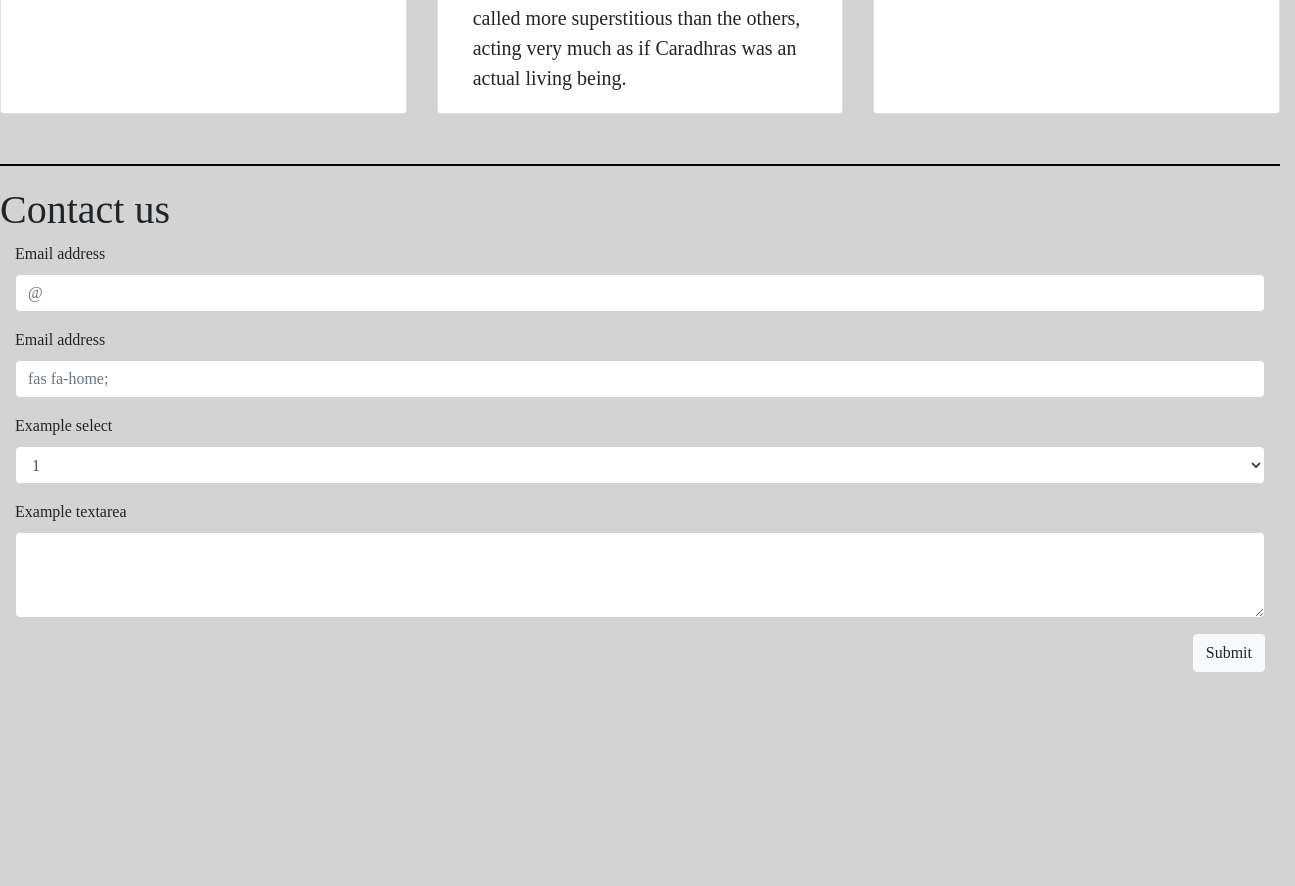
Repository: Khaleddwm/FindThePrecious
Page: index.html
These files come from the project's save history. The page is drawn as it stood at one moment and after the next save; the edit follows.
The browser window is 1280 px wide. The page is 1295 px wide, so the pictures cover 1295 px, including what lies to the right of the window. The pictures show the part of the page from y = 1746 to 2670 px (the page is 2632 px tall before and 2670 px after).
Some web fonts or font styles are not loaded; a fallback is used.

Above is the page before, as saved 2020-05-24 22:12:14.

### index.html
<!DOCTYPE html>
<html lang="en">
<head>
    <meta charset="UTF-8">
    <meta name="viewport" content="width=device-width, initial-scale=1.0">
    <title>FindThePrecious</title>
    <link href="https://fonts.googleapis.com/css2?family=Bad+Script&display=swap" rel="stylesheet">
    <!-- CSS only -->
    <link rel="stylesheet" href="https://stackpath.bootstrapcdn.com/bootstrap/4.5.0/css/bootstrap.min.css" integrity="sha384-9aIt2nRpC12Uk9gS9baDl411NQApFmC26EwAOH8WgZl5MYYxFfc+NcPb1dKGj7Sk" crossorigin="anonymous">
    <link rel="stylesheet" href="style.css">
    <!-- JS, Popper.js, and jQuery -->
    <script src="https://code.jquery.com/jquery-3.5.1.slim.min.js" integrity="sha384-DfXdz2htPH0lsSSs5nCTpuj/zy4C+OGpamoFVy38MVBnE+IbbVYUew+OrCXaRkfj" crossorigin="anonymous"></script>
    <script src="https://cdn.jsdelivr.net/npm/popper.js@1.16.0/dist/umd/popper.min.js" integrity="sha384-Q6E9RHvbIyZFJoft+2mJbHaEWldlvI9IOYy5n3zV9zzTtmI3UksdQRVvoxMfooAo" crossorigin="anonymous"></script>
    <script src="https://stackpath.bootstrapcdn.com/bootstrap/4.5.0/js/bootstrap.min.js" integrity="sha384-OgVRvuATP1z7JjHLkuOU7Xw704+h835Lr+6QL9UvYjZE3Ipu6Tp75j7Bh/kR0JKI" crossorigin="anonymous"></script>
</head>
<body>
    <nav class="navbar navbar-expand-sm navbar-dark bg-dark">
        <a href"index.html" class="titleNav navbar-brand">FindThePrecious.com</a>
        <button class="navbar-toggler" data-toggle="collapse" data-target="#navbarMenu">
            <span class="navbar-toggler-icon"></span>
        </button>
        <div class="collapse navbar-collapse" id="navbarMenu">
            <ul class="navbar-nav">
                <li class="nav-item">
                    <a href="#" class="nav-link">Fellows</a>
                </li>
                <li>
                    <a href="#" class="nav-link">Contact us</a>
                </li>
            </ul>
        </div>
    </nav>
    <div id="carouselControls" class="carousel slide" data-ride="carousel">
        <div class="carousel-inner">
            <div class="carousel-caption d-none d-block">
                <h1>Dangerous fellowship try to destroy the ring</h1>
                <p>Orcs, Goblins, Balrogs, protect your master Sauron !</p>
            </div>
            <div class="carousel-item active">
                <img class="d-block w-100" src="https://img.phonandroid.com/2018/04/seigneur-des-anneaux.jpg" alt="First slide">
            </div>
            <div class="carousel-item">
                <img class="d-block w-100" src="https://www.journaldugeek.com/content/uploads/2019/07/lord-of-the-rings-gollum-new-lotr-stealth-game-coming-2021-from-daedalic-entertainment-767717.jpg" alt="Second slide">
            </div>
            <div class="carousel-item">
                <img class="d-block w-100" src="https://vignette.wikia.nocookie.net/lotr/images/1/15/Gothmog_the_lord_of_balrogs_by_atohas-d8hf6ru.jpg/revision/latest?cb=20180410213854" alt="Third slide">
            </div>
        </div>
        <a class="carousel-control-prev" href="#carouselControls" role="button" data-slide="prev">
            <span class="carousel-control-prev-icon" aria-hidden="true"></span>
            <span class="sr-only">Previous</span>
        </a>
        <a class="carousel-control-next" href="#carouselControls" role="button" data-slide="next">
            <span class="carousel-control-next-icon" aria-hidden="true"></span>
            <span class="sr-only">Next</span>
        </a>
    </div>
    <div class="wanted">
        <div class="wanted-title">
            <h1>Fellows wanted dead (or alive if you want to eat them later)</h1>
        </div>
        <div class="card-deck">
            <div class="card col-xs-12 col-md-4">
                <img src="https://kr4v3n.github.io/Sauron/img/gandalf.png" class="card-img-top" alt="Gandalf">
                <div class="living card-img-overlay">
                    <h2>Reward 1000 gold coins</h2>
                </div>
                <div class="card-body">
                    <h2 class="card-title">Gandalf</h2>
                    <p class="card-text">
                        Gandalf was shorter in stature than the other two; but his long white hair,
                        his sweeping silver beard, and his broad shoulders, made him look like some wise king of ancient legend.
                        In his aged face under great snowy brows his eyes were set like coals that could suddenly burst into fire.
                    </p>
                </div>
            </div>
            <div class="card col-xs-12 col-md-4">
                <img src="https://kr4v3n.github.io/Sauron/img/gimli.png" class="card-img-top" alt="Gimli">
                <div class="dead card-img-overlay">
                    <h2>DEAD</h2>
                </div>
                <div class="card-body">
                    <h2 class="card-title">Gimli</h2>
                    <p class="card-text">
                        Gimli throughout the War showed perhaps the greatest open contempt for Sauron and his minions, save possibly Boromir.
                        He was a grim character, for the most part, laughing only occasionally and, though in a few rare situations inspiring amusement,
                        never joking. Due to his comments especially during the initial stage of the journey, he may be called more superstitious than the others,
                        acting very much as if Caradhras was an actual living being.
                    </p>
                </div>
            </div>
            <div class="card col-xs-12 col-md-4">
                <img src="https://kr4v3n.github.io/Sauron/img/aragorn.png" class="card-img-top" alt="Aragorn">
                <div class="living card-img-overlay">
                    <h2>Reward 250 gold coins</h2>
                </div>
                <div class="card-body">
                    <h2 class="card-title">Aragorn</h2>
                    <p class="card-text">
                        An artist's conception of Aragorn at The Prancing Pony Tolkien gives
                        a brief but detailed description of him in The Lord of the Rings: lean, dark, tall, with
                        "a shaggy head of dark hair flecked with grey, and in a pale stern face a pair of keen grey eyes."
                    </p>
                </div>
            </div>
        </div>
    </div>
    <div class="form">
        <h1>Contact us</h1>
        <form class="container-fluid">
            <div class="form-group">
                <label for="email">Email address</label>
                <input type="email" class="form-control" id="email" placeholder="@">
            </div>
            <div class="form-group">
                <label for="email">Email address</label>
                <input type="email" class="form-control" id="email" placeholder="fas fa-home;">
            </div>
            <div class="form-group">
                <label for="select">Example select</label>
                <select class="form-control" id="select">
                    <option>1</option>
                    <option>2</option>
                    <option>3</option>
                    <option>4</option>
                    <option>5</option>
                </select>
            </div>
            <div class="form-group">
                <label for="textarea">Example textarea</label>
                <textarea class="form-control" id="textarea" rows="3"></textarea>
            </div>
            <div class="form-group">
                <input type="submit" class="btn btn-light" id="submit" value="Submit">
            </div>
        </form>
    </div>
</body>
</html>

### style.css
body {
    font-family: 'Bad Script', cursive;
    background-color: lightgrey;
    margin-bottom: 100px;
}

#navbarMenu, .titleNav {
    font-size: 30px;
}

.navbar {
    overflow: hidden;
    position: fixed; /* Set the navbar to fixed position */
    top: 0; /* Position the navbar at the top of the page */
    width: 100%; /* Full width */
    z-index: 1000;
}

/* Change background on mouse-over */
#navbarMenu a:hover {
    background: lightgray;
    color: black;
}

#carouselControls {
    margin-top: 60px;
}

p {
    font-size: 20px;
}

img {
    width: auto;
    height: 600px;
}

.wanted-title {
    text-align: center;
    margin: 50px;
}
/* hover for living */
.living h2 {
    background-color: lightgray;
}

.living {
    opacity: 0;
}

.living:hover {
    opacity: 1;
    text-align: center;
}

/* hover for dead */
.dead {
    opacity: 0;
}

.dead:hover {
    opacity: 1;
    text-align: center;
    background-color: lightgray;
}

#submit {
    float: right;
}

.form {
    margin-top: 50px;
    border-top: 2px solid black;
}

.form h1 {
    margin-top: 20px;
}

After the next save:
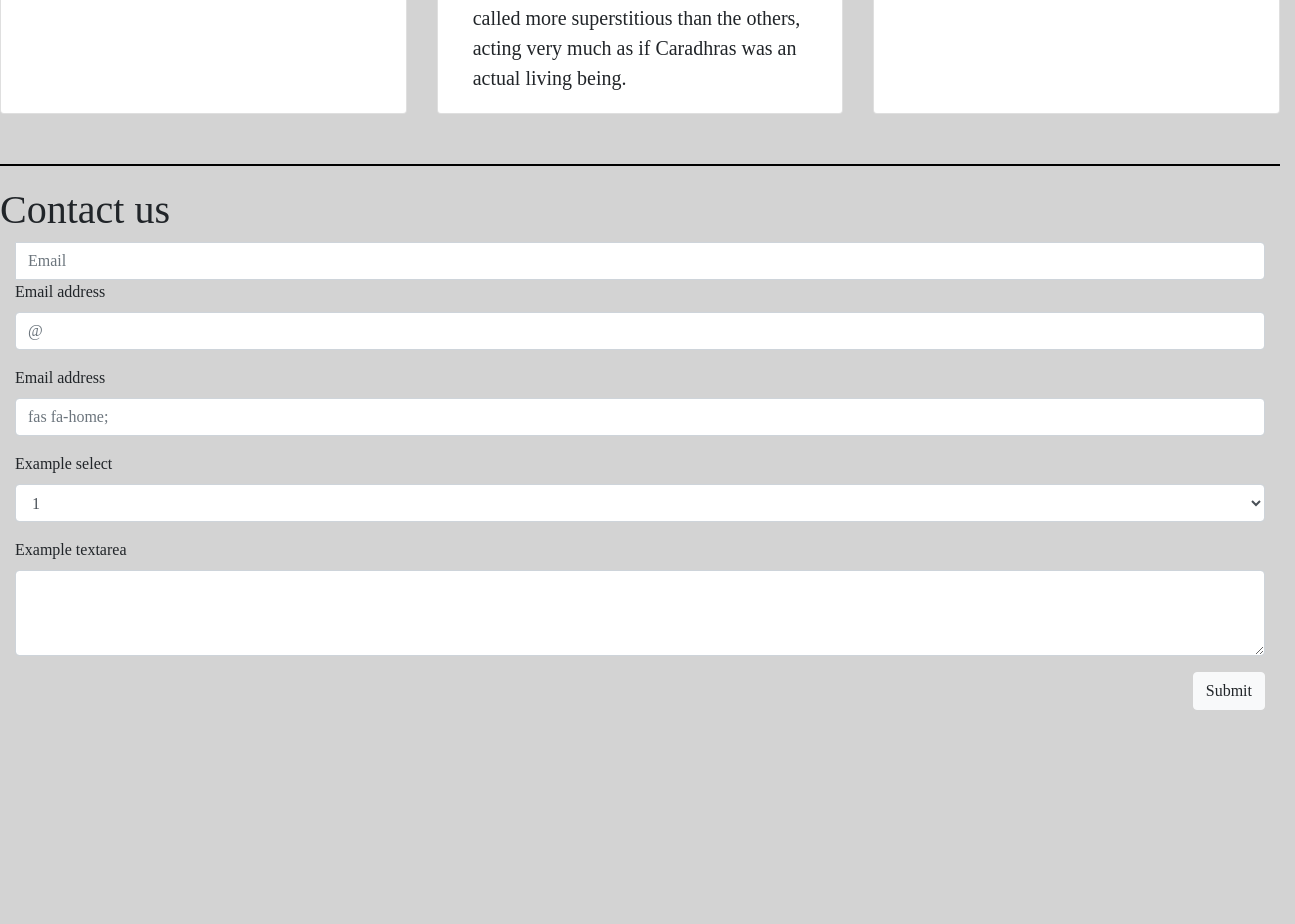
Saved 5 min 19 s later.
--- a/index.html
+++ b/index.html
@@ -108,6 +108,10 @@
     <div class="form">
         <h1>Contact us</h1>
         <form class="container-fluid">
+            <div class="input-group">
+                <span class="input-group-addon"><i class="glyphicon glyphicon-user"></i></span>
+                <input id="email" type="text" class="form-control" name="email" placeholder="Email">
+            </div>
             <div class="form-group">
                 <label for="email">Email address</label>
                 <input type="email" class="form-control" id="email" placeholder="@">
